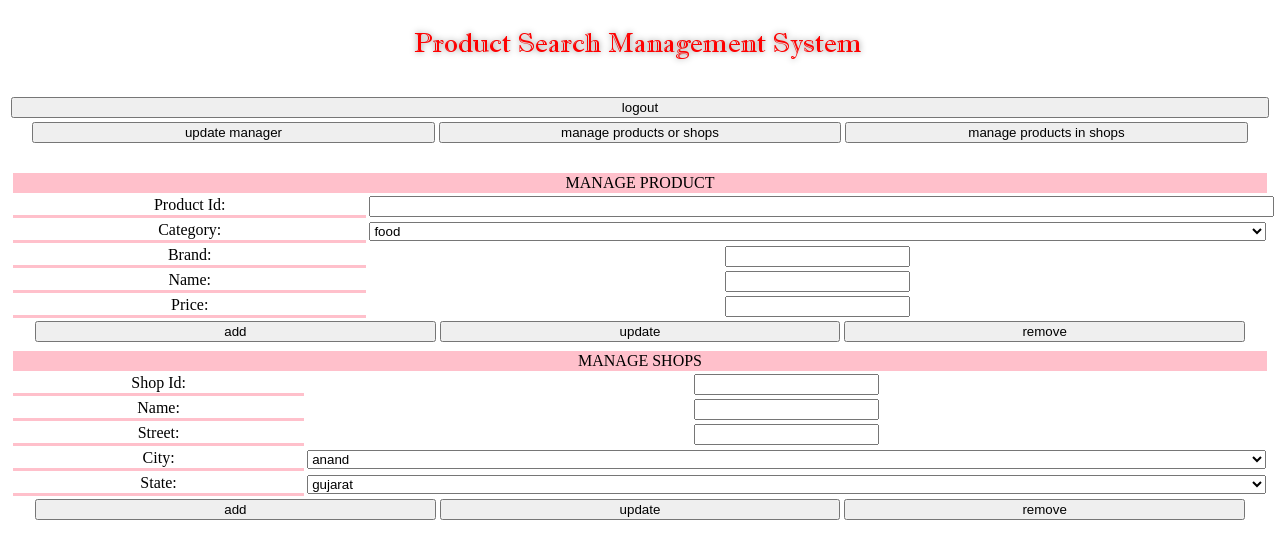
Repository: DishantVaghela/ProductSearchManagementSystem
Page: http://localhost/ProductSearchManagementSystem/manageProductsOrShops.jsp
The author's editor kept a copy of each file at every save. The page is drawn from the files as they stood at one save, then again after the next save.
The browser window is 1280 px wide. The pictures show the whole page.
The page is served by Tomcat 9. Other server files are loaded and not shown.

Above is the page before, as saved 2017-04-28 23:33:34.

### ProductSearchManagementSystem/WebContent/manageProductsOrShops.jsp
<%@ page language="java" contentType="text/html; charset=ISO-8859-1"
    pageEncoding="ISO-8859-1"%>
<!DOCTYPE html PUBLIC "-//W3C//DTD HTML 4.01 Transitional//EN" "http://www.w3.org/TR/html4/loose.dtd">
<html>
<head>
<meta http-equiv="Content-Type" content="text/html; charset=ISO-8859-1">
<title>Product Search Management System - manage products or shops</title>
<link rel="stylesheet" type="text/css" href="productSearchManagementSystem.css">
</head>
<body>
	<jsp:include page="services.jsp"></jsp:include>
	<table >
		<tr>
			<td>
				<form action="ManageProductsService" method="post">
					<table >
						<tr>
							<td colspan="2"  bgcolor="pink">MANAGE PRODUCT</td>
						</tr>
						<tr>
							<td class="title" >Product Id:</td>
							<td><input type="text" name="textFieldProductId" ></td>
						</tr>
						<tr>
							<td class="title" >Category:</td>
							<td>
								<select name="selectCategory" >
									<option>food</option>
									<option>clothes</option>
									<option>furniture</option>
								</select>
							</td>
						</tr>
						<tr>
							<td class="title" >Brand:</td>
							<td><input name="textFieldBrand" ></td>
						</tr>
						<tr>
							<td class="title" >Name:</td>
							<td><input name="textFieldName" ></td>
						</tr>
						<tr>
							<td class="title" >Price:</td>
							<td><input name="textFieldPrice" ></td>
						</tr>
						<tr>
							<td colspan="2">
								<input type="submit" value="add" name="buttonAdd" style="width:32%;">
								<input type="submit" value="update" name="buttonUpdate" style="width:32%;">
								<input type="submit" value="remove" name="buttonRemove" style="width:32%;">
							</td>
						</tr>
					</table>
				</form>
			</td>
		</tr>
		<tr>
			<td>
				<form action="ManageShopsService" method="post">
					<table >
						<tr>
							<td colspan="2" bgcolor="pink">MANAGE SHOPS</td>
						</tr>
						<tr>
							<td class="title" >Shop Id:</td>
							<td><input name="textFieldShopId" ></td>
						</tr>
						<tr>
							<td class="title" >Name:</td>
							<td><input name="textFieldName" ></td>
						</tr>
						<tr>
							<td class="title" >Street:</td>
							<td><input name="textFieldStreet" ></td>
						</tr>
						<tr>
							<td class="title" >City:</td>
							<td>
								<select name="selectCity" >
									<option>anand</option>
									<option>baroda</option>
									<option>pune</option>
								</select>
							</td>
						</tr>
						<tr>
							<td class="title" >State:</td>
							<td>
								<select name="selectState" >
									<option>gujarat</option>
									<option>maharashtra</option>
								</select>
							</td>
						</tr>
						<tr>
							<td colspan="2" >
								<input type="submit" value="add" name="buttonAdd" style="width:32%;">
								<input type="submit" value="update" name="buttonUpdate" style="width:32%;">
								<input type="submit" value="remove" name="buttonRemove" style="width:32%;">
							</td>
						</tr>
					</table>
				</form>
			</td>
		</tr>
	</table>
</body>
</html>

### ProductSearchManagementSystem/WebContent/services.jsp
<%@ page language="java" contentType="text/html; charset=ISO-8859-1"
    pageEncoding="ISO-8859-1"%>
<!DOCTYPE html PUBLIC "-//W3C//DTD HTML 4.01 Transitional//EN" "http://www.w3.org/TR/html4/loose.dtd">
<html>
<head>
<meta http-equiv="Content-Type" content="text/html; charset=ISO-8859-1">
<title>Product Search Management System - services</title>
<link rel="stylesheet" type="text/css" href="productSearchManagementSystem.css">
</head>
<body>
	<form action="ServicesService" method="post">
		<table >
			<tr>
				<td ><img src="productSearchManagementSystemlLogo.png"></td>
			</tr>
			<tr>
				<td ><br></td>
			</tr>
			<tr>
				<td ><input type="submit" value="logout" name="buttonLogout" style="width:100%;"></td>
			</tr>
			<tr>
				<td >
					<input type="submit" value="update manager" name="buttonUpdateManager" style="width:32%;">
					<input type="submit" value="manage products or shops" name="buttonManageProductsOrShops" style="width:32%;">
					<input type="submit" value="manage products in shops" name="buttonManageProductsInShops" style="width:32%;">
				</td>
			</tr>
			<tr>
				<td><br></td>
			</tr>
		</table>
	</form>
</body>
</html>

### ProductSearchManagementSystem/WebContent/productSearchManagementSystem.css
@CHARSET "ISO-8859-1";

input[type=text], input[type=password], select, textarea {
	width: 100%;
}

table {
	text-align: center;
	width: 100%;
}

.title {
	border-bottom: 3px solid pink;
}

After the next save:
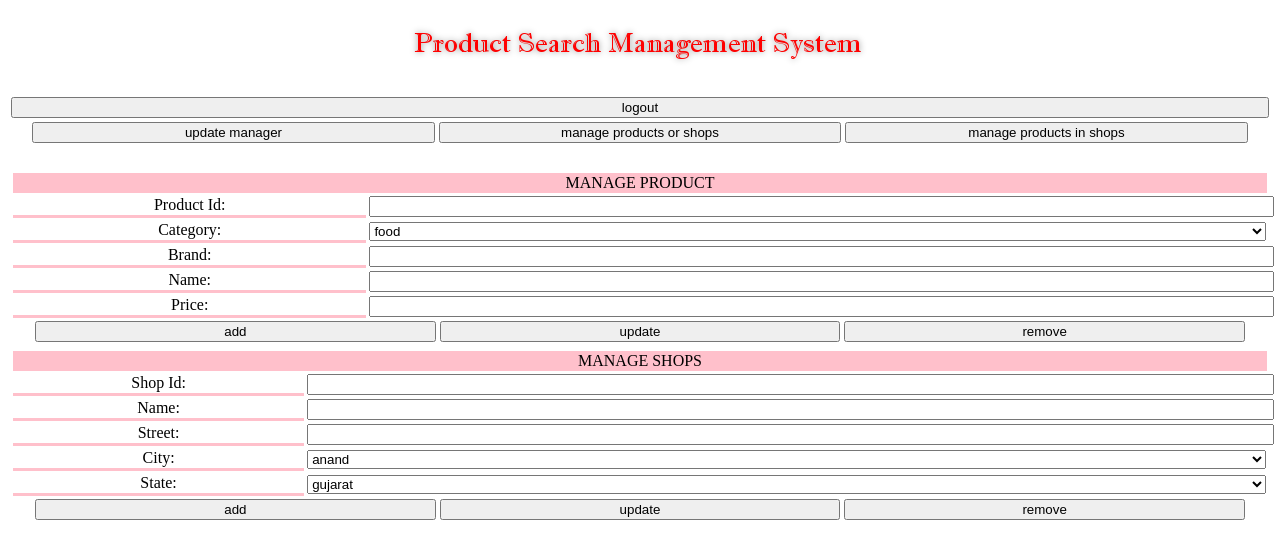
Saved 58 s later.
--- a/ProductSearchManagementSystem/WebContent/manageProductsOrShops.jsp
+++ b/ProductSearchManagementSystem/WebContent/manageProductsOrShops.jsp
@@ -33,15 +33,15 @@
 						</tr>
 						<tr>
 							<td class="title" >Brand:</td>
-							<td><input name="textFieldBrand" ></td>
+							<td><input type="text" name="textFieldBrand" ></td>
 						</tr>
 						<tr>
 							<td class="title" >Name:</td>
-							<td><input name="textFieldName" ></td>
+							<td><input type="text" name="textFieldName" ></td>
 						</tr>
 						<tr>
 							<td class="title" >Price:</td>
-							<td><input name="textFieldPrice" ></td>
+							<td><input type="text" name="textFieldPrice" ></td>
 						</tr>
 						<tr>
 							<td colspan="2">
@@ -63,15 +63,15 @@
 						</tr>
 						<tr>
 							<td class="title" >Shop Id:</td>
-							<td><input name="textFieldShopId" ></td>
+							<td><input type="text" name="textFieldShopId" ></td>
 						</tr>
 						<tr>
 							<td class="title" >Name:</td>
-							<td><input name="textFieldName" ></td>
+							<td><input type="text" name="textFieldName" ></td>
 						</tr>
 						<tr>
 							<td class="title" >Street:</td>
-							<td><input name="textFieldStreet" ></td>
+							<td><input type="text" name="textFieldStreet" ></td>
 						</tr>
 						<tr>
 							<td class="title" >City:</td>
